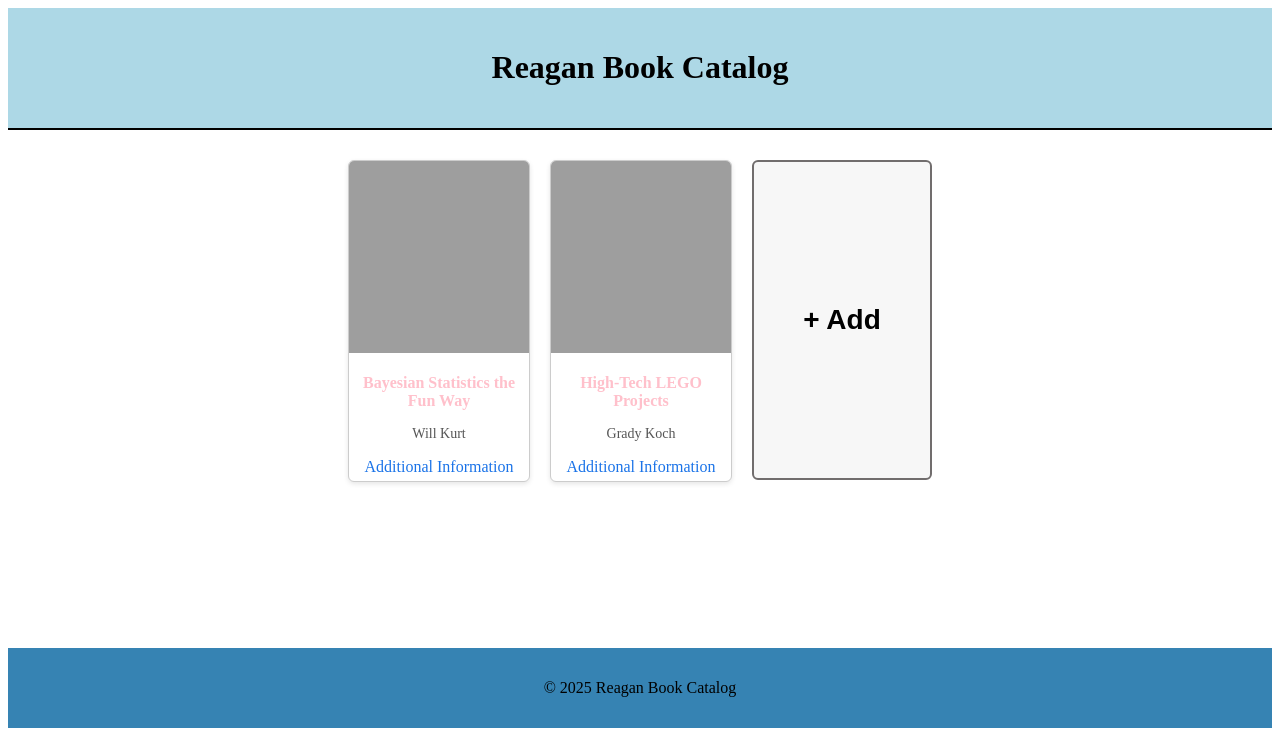
Repository: antyc0817/COMP-3170-Assignment-2-Reagan
Page: /
These files come from the project's save history. The page is drawn as it stood at one moment and after the next save; the edit follows.
The browser window is 1280 px wide. The pictures show the whole page.
Pictures or frames that could not be fetched are drawn as grey boxes. The project was rebuilt for these pictures with package versions that can differ from the ones it lists, and the page was loaded fresh each time. Also part of the build but not shown: vite.config.js, src/index.css.

Above is the page before, as saved 2025-09-11 18:41:54.

After the next save:
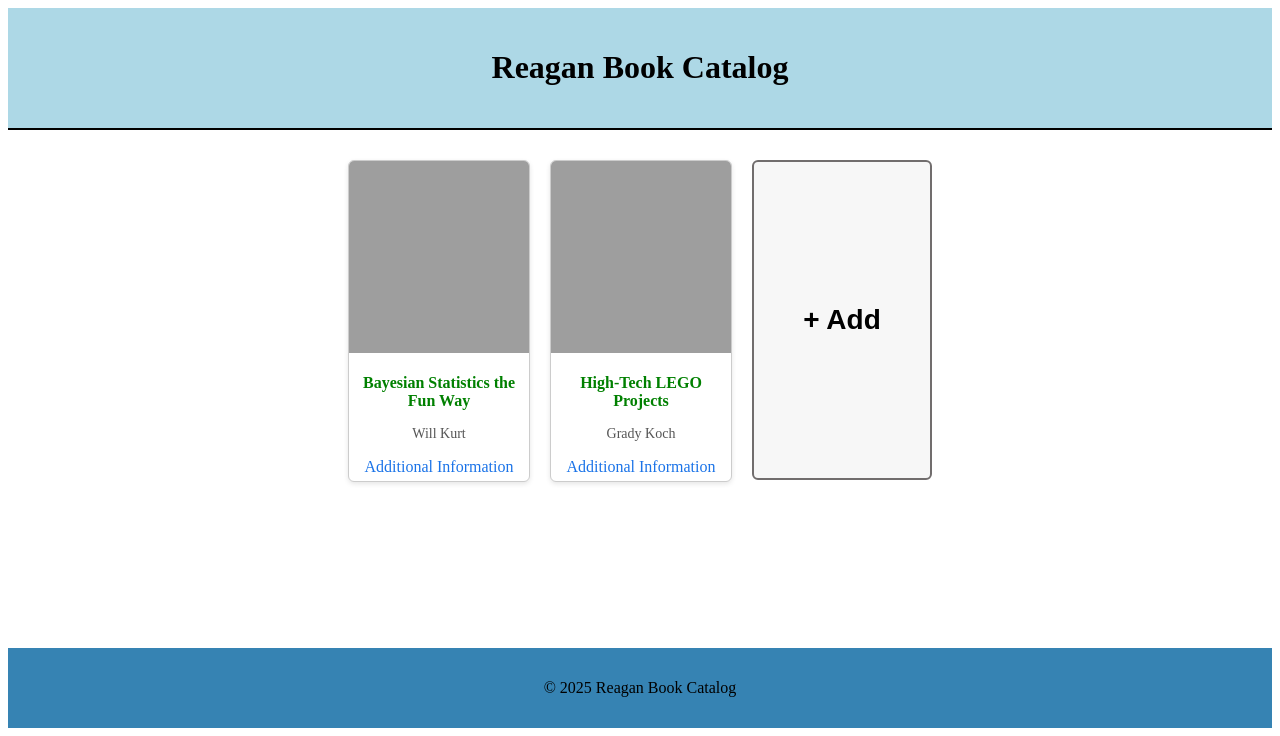
Saved 6 s later.
--- a/src/App.css
+++ b/src/App.css
@@ -57,7 +57,7 @@ use align-content for container that holds the book information
     font-size: 16px;
     margin: 10px 0 5px;
     text-align: center;
-    color: pink;
+    color: green;
 }
 
 .book p {
